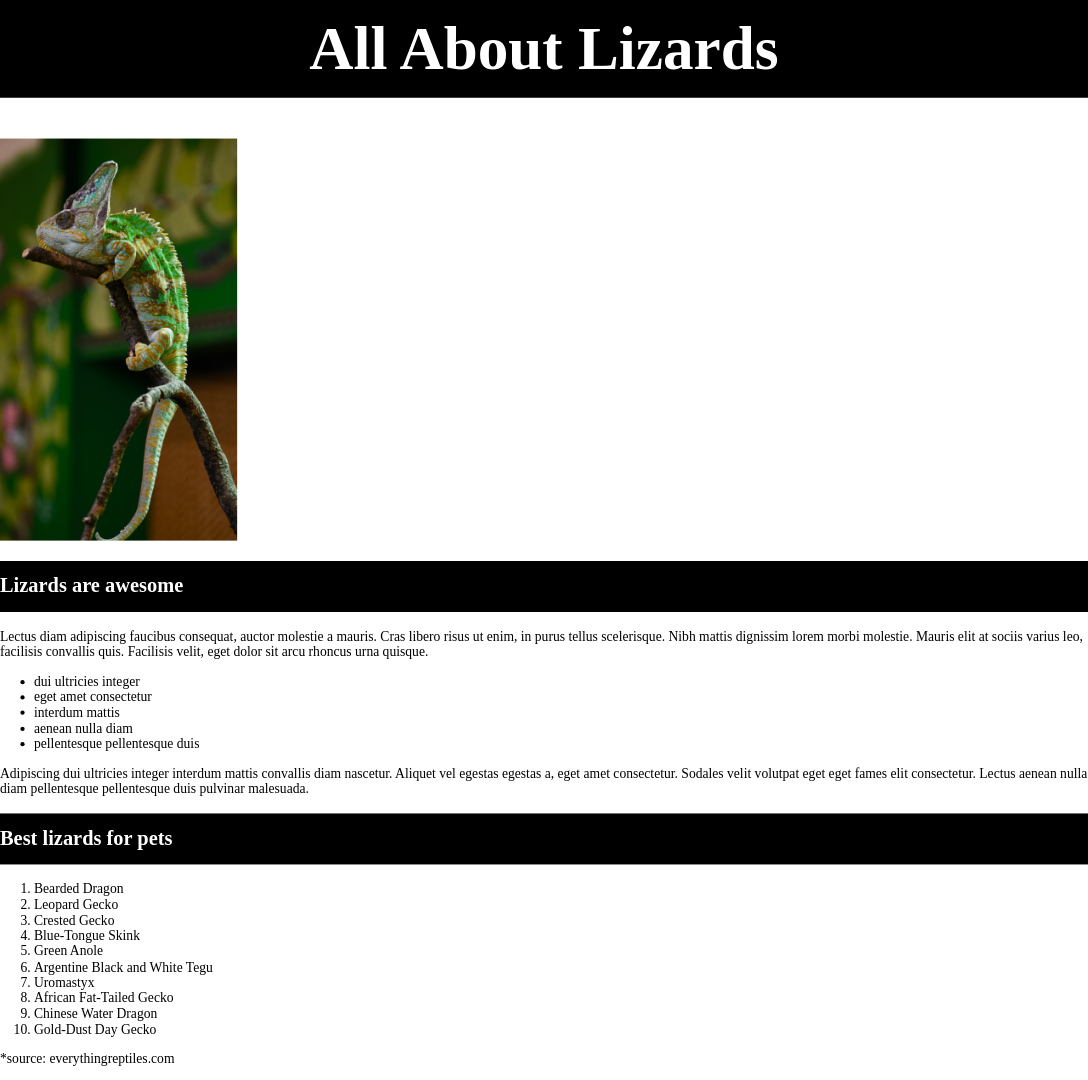
Repository: Doumham-Armah/lizards-landing--page
Page: index.html
An editor plug-in stored every save of this project. The page is shown before and after the next save, followed by the edit.
The browser window is 1280 px wide. The pictures show the whole page, at 85% of full size.

Above is the page before, as saved 2021-08-10 13:55:17.

After the next save:
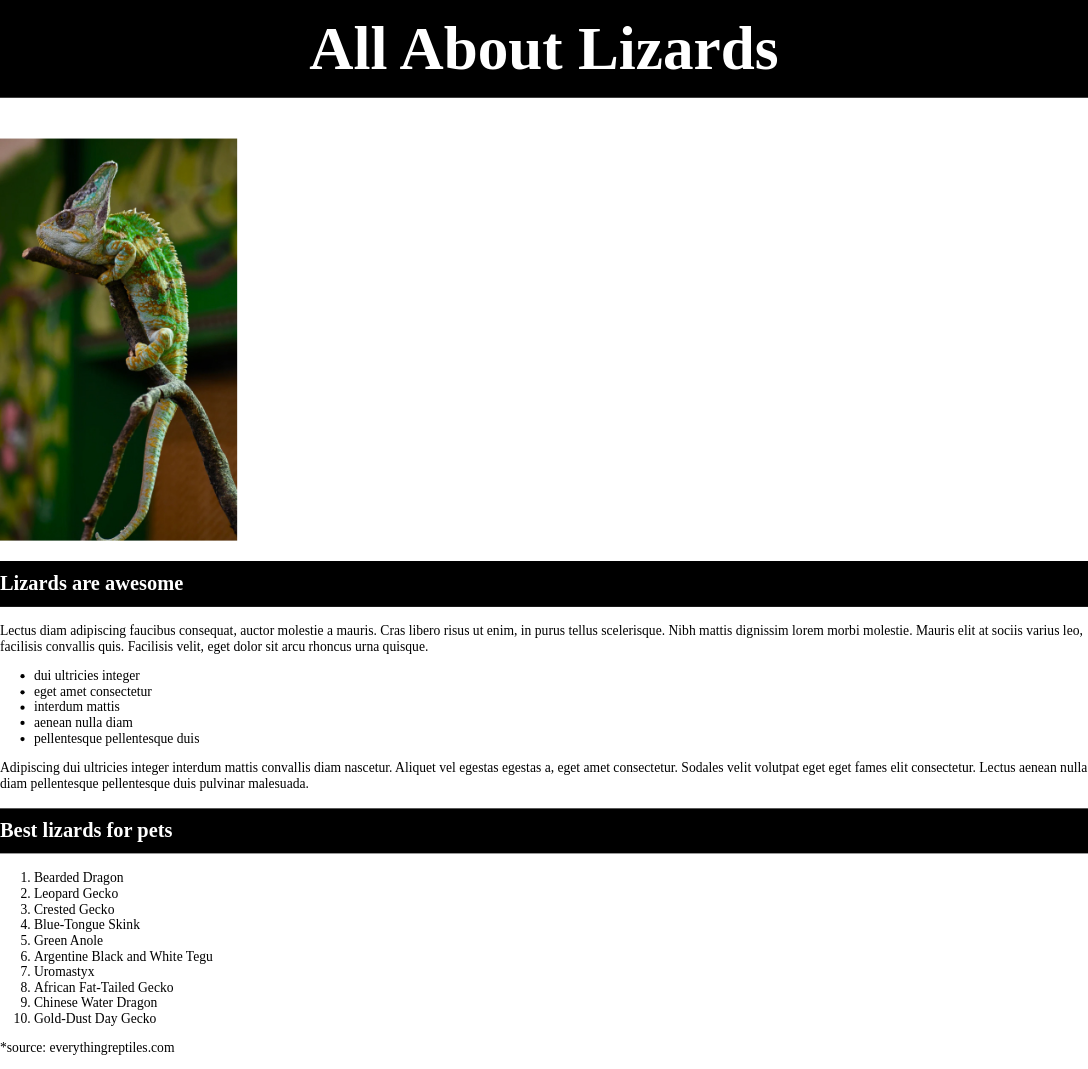
Saved 9 s later.
--- a/css/style.css
+++ b/css/style.css
@@ -14,5 +14,5 @@ h1 {
 .subheading {
   background-color: black;
   color: white;
-  padding: 1rem 0rem;
+  padding: 0.8rem 0rem;
 }
